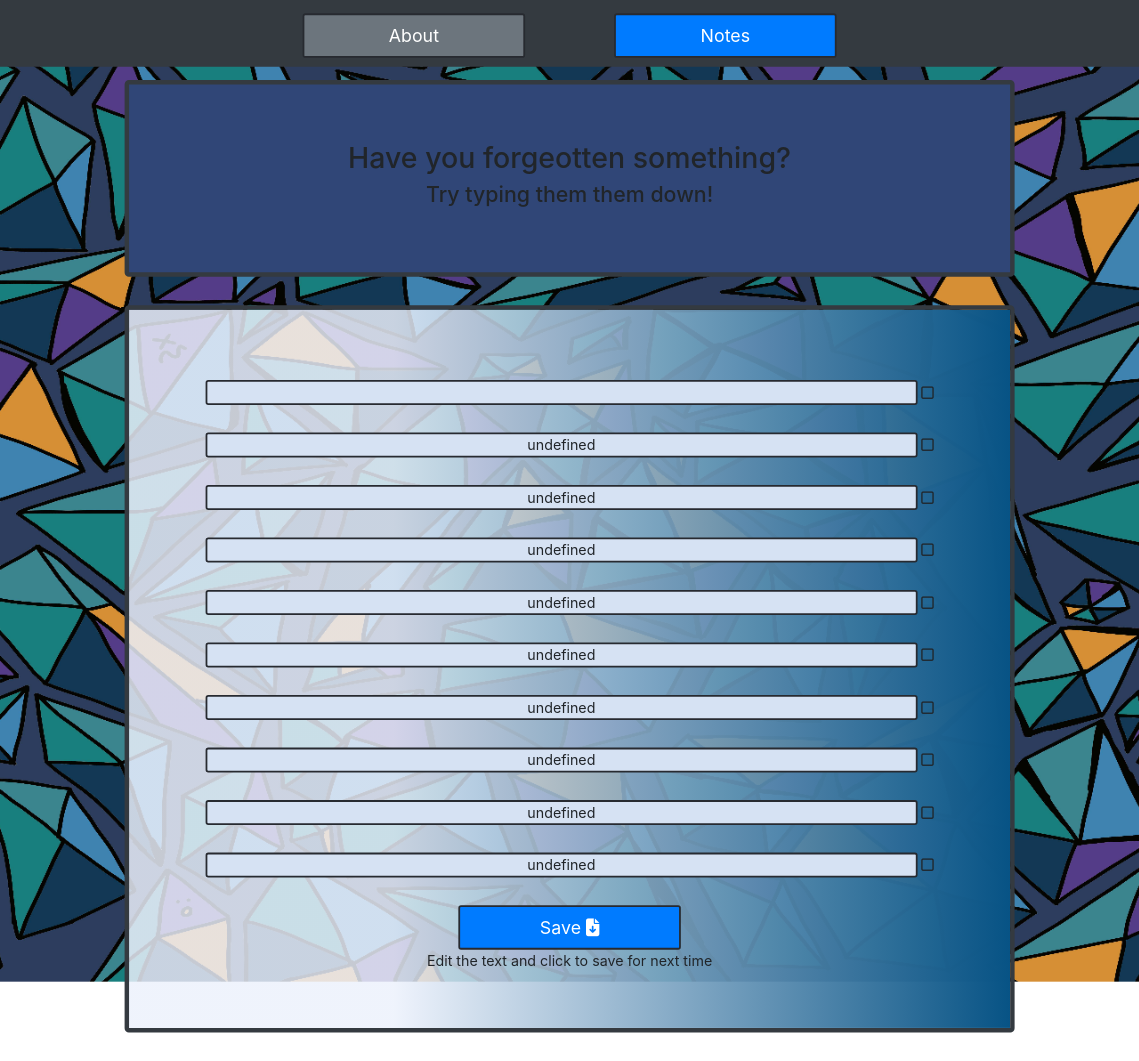
Repository: Kamicoda/Mynote
Page: index.html
The author's editor kept a record of every edit. The page is drawn from the files as they stood at one moment, then again after the next edit.
The browser window is 1280 px wide. The pictures show the whole page, at 89% of full size.
Backgrounds fixed to the window are drawn as part of the page. Some web fonts or font styles are not loaded; a fallback is used. Some web libraries are served in a nearby version.

Above is the page before.

After the next edit:
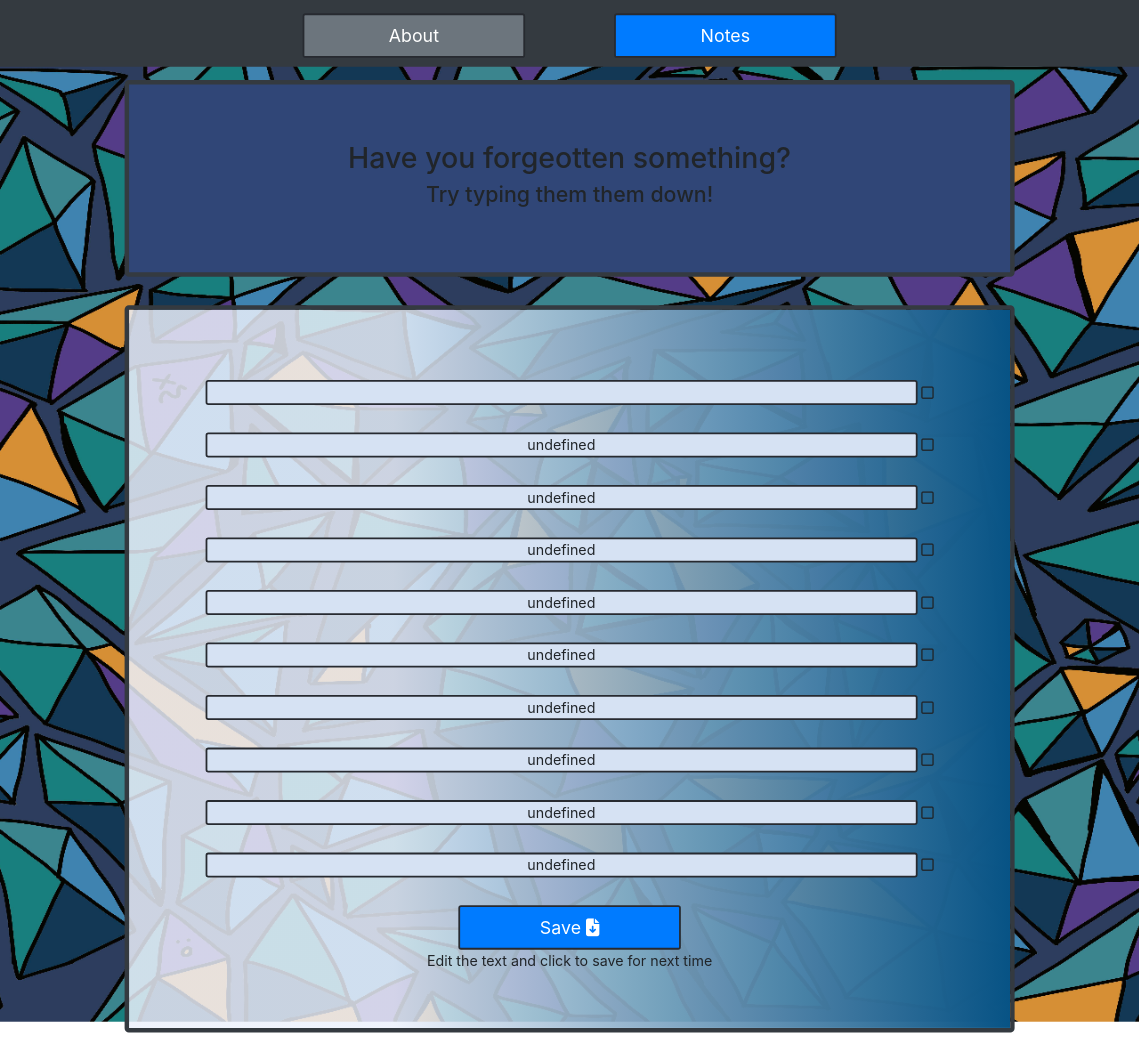
The edit:
--- a/assets/style/style.css
+++ b/assets/style/style.css
@@ -63,7 +63,7 @@ RGB: 102–143–232
 .bgbody {
     background: url("notesBg.jpg");
     Margin: 0;
-    background-position: top;
+    background-position: center;
     background-repeat: no-repeat;
     background-attachment: fixed;
     min-width: 100%;
